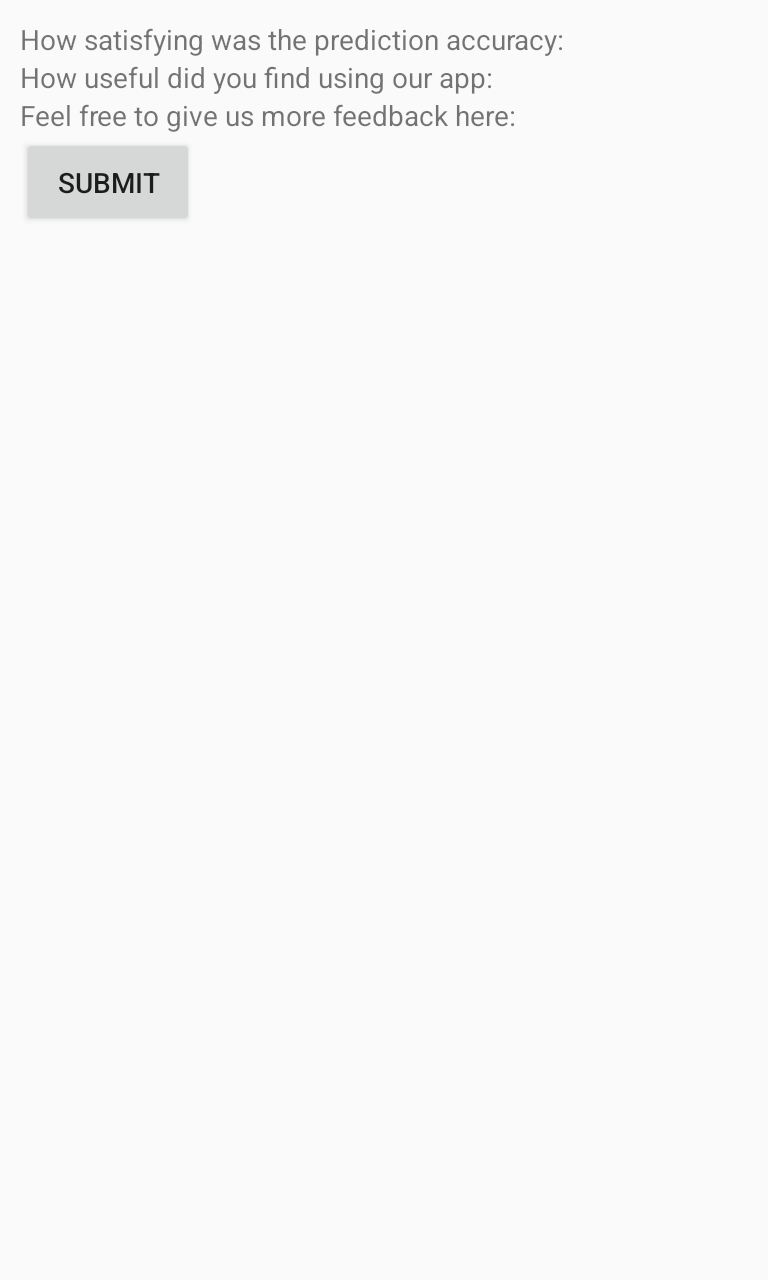
Repository: hessfr/contextRecognition
Layout: androidProjects/ContextRecognition/res/layout/activity_rating.xml
The author's editor kept a copy of each file at every save. The layout is drawn from the files as they stood at one save, then again after the next save.
It is drawn on a 768 x 1280 px phone screen (xhdpi) without system bars, with theme AppTheme; the app's code is not run.

Above is the layout before, as saved 2014-05-30 07:31:35.

After the next save:
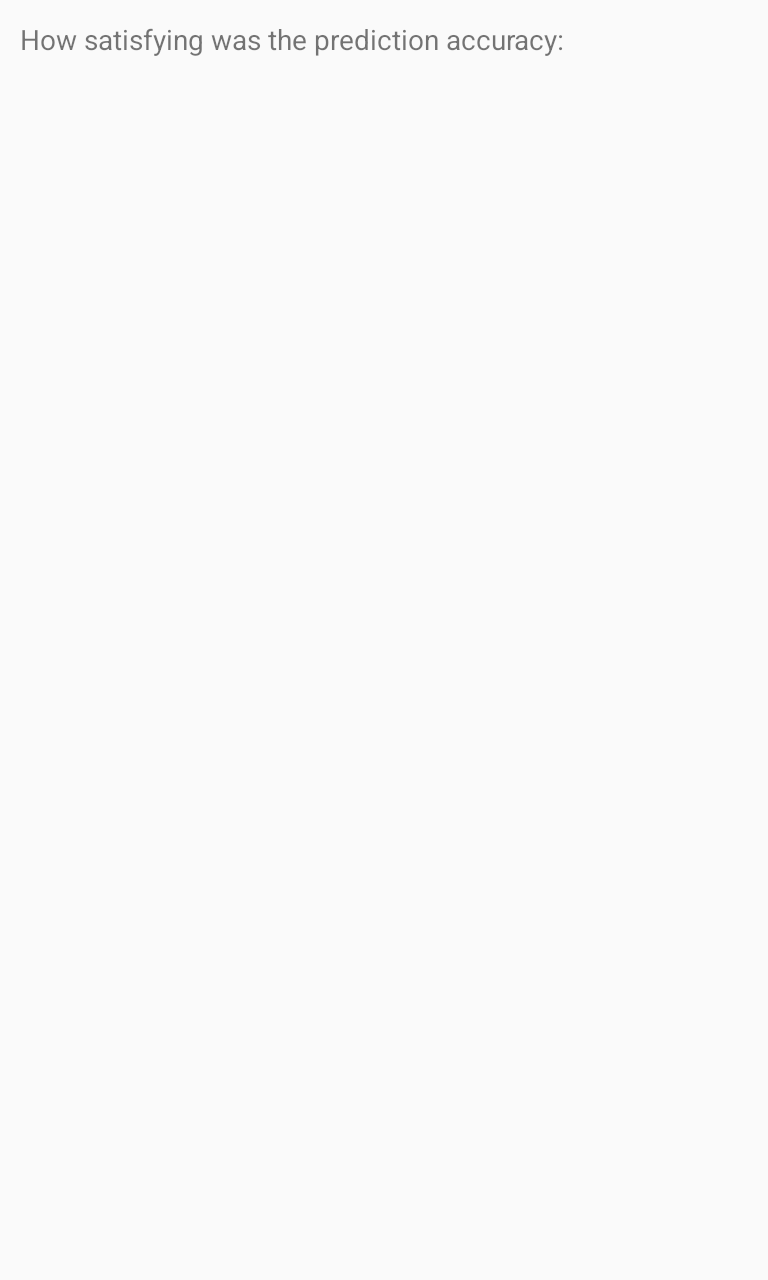
Saved 19 s later.
--- a/androidProjects/ContextRecognition/res/layout/activity_rating.xml
+++ b/androidProjects/ContextRecognition/res/layout/activity_rating.xml
@@ -4,11 +4,6 @@
     android:layout_height="match_parent"
     android:orientation="vertical"
     android:padding="10dp">
-
-        <LinearLayout
-	        android:layout_width="wrap_content"
-	        android:layout_height="wrap_content"
-	        android:orientation="vertical">
 
             <RelativeLayout
 		        android:layout_width="match_parent"
@@ -48,6 +43,4 @@
 		        android:text="@string/rating_submit_button" />
 		    </RelativeLayout>
 
-	    </LinearLayout>
-
 </LinearLayout>

After the save that followed:
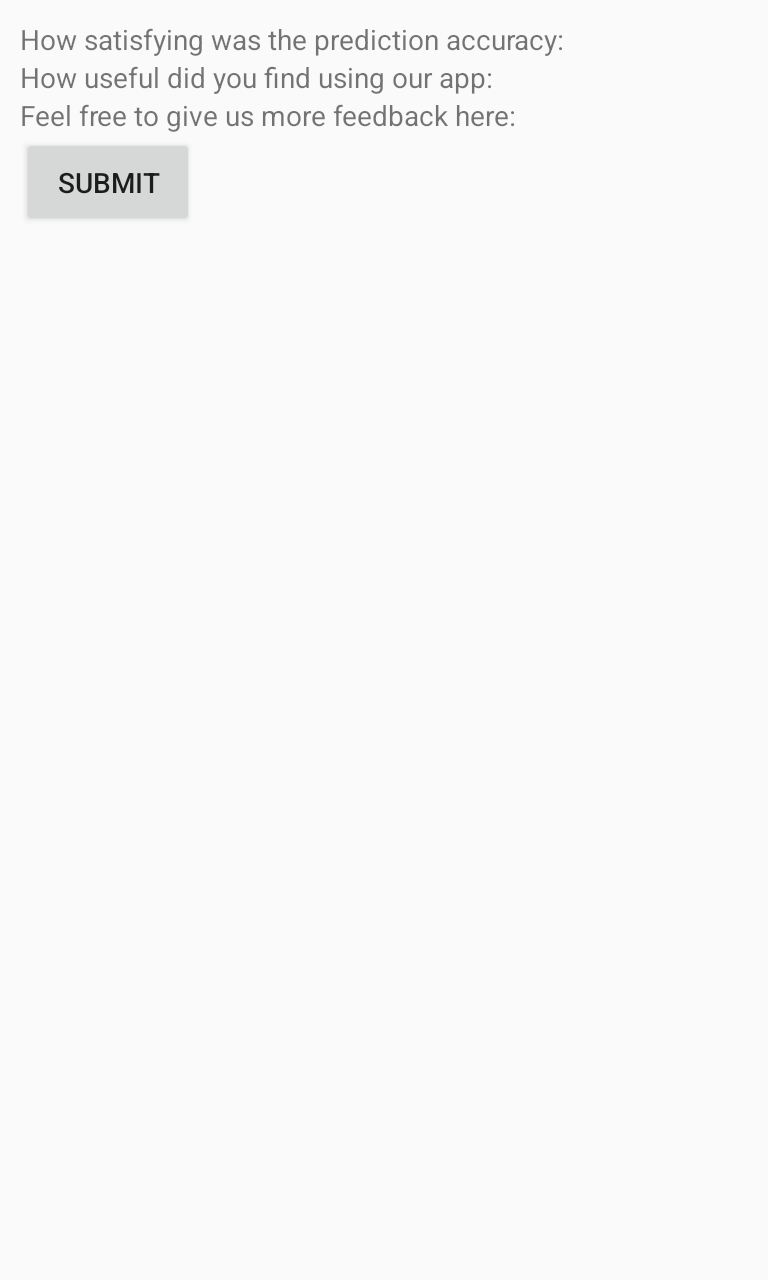
Saved 32 s later.
--- a/androidProjects/ContextRecognition/res/layout/activity_rating.xml
+++ b/androidProjects/ContextRecognition/res/layout/activity_rating.xml
@@ -4,6 +4,11 @@
     android:layout_height="match_parent"
     android:orientation="vertical"
     android:padding="10dp">
+
+        <LinearLayout
+	        android:layout_width="wrap_content"
+	        android:layout_height="wrap_content"
+	        android:orientation="vertical">
 
             <RelativeLayout
 		        android:layout_width="match_parent"
@@ -43,4 +48,6 @@
 		        android:text="@string/rating_submit_button" />
 		    </RelativeLayout>
 
+	    </LinearLayout>
+
 </LinearLayout>
